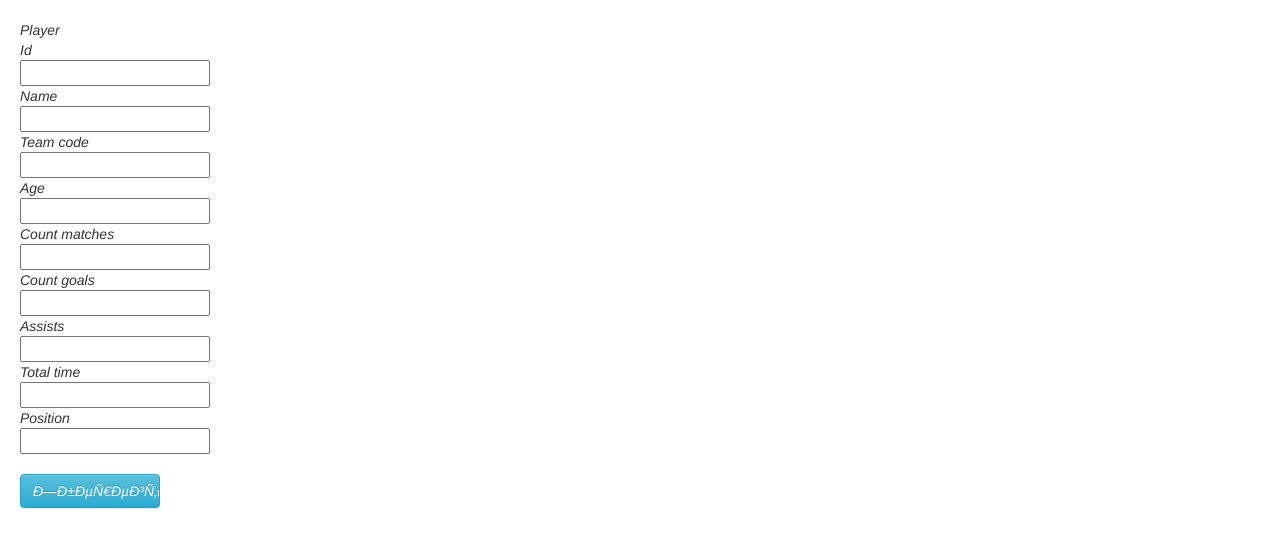
Repository: polik1996/StatisticManager
Page: http://localhost/StatisticsManager/inputPlayer.jsp
An editor plug-in stored every save of this project. The page is shown before and after the next save, followed by the edit.
The browser window is 1280 px wide. The pictures show the whole page.
The page is served by Tomcat 9.

Above is the page before, as saved 2016-06-17 08:23:26.
Console error (its wording comes from the project's code and is left out).

After the next save:
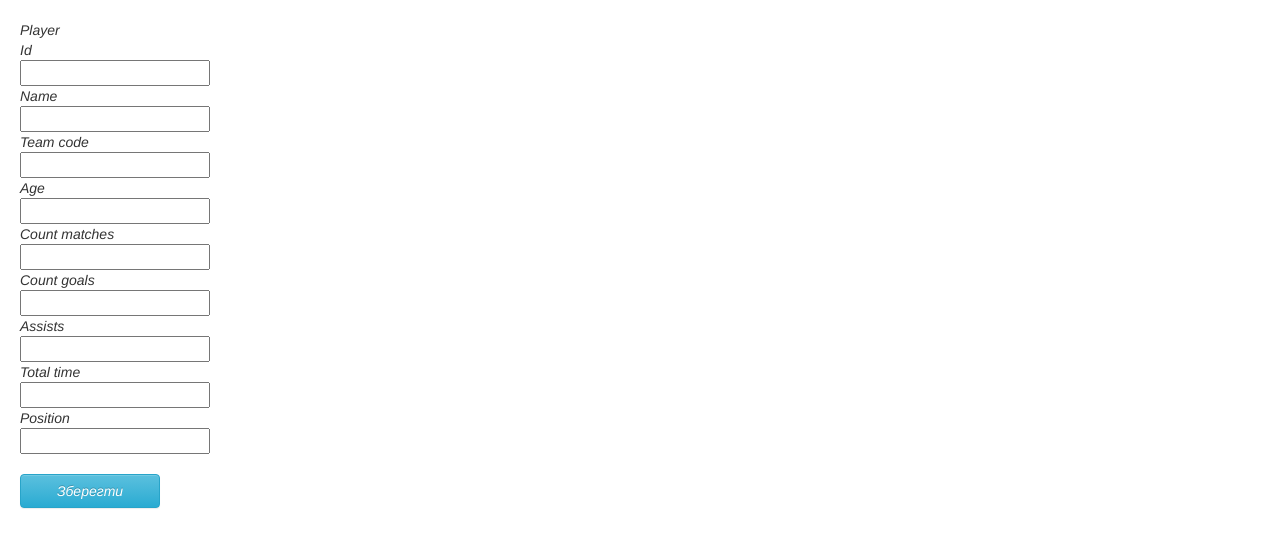
Saved 40 s later.
--- a/StatisticsManager/WebContent/inputPlayer.jsp
+++ b/StatisticsManager/WebContent/inputPlayer.jsp
@@ -1,3 +1,7 @@
+<%@page import="web_view.SelectTable"%>
+<%@page import="model.Team"%>
+<%@ page language="java" contentType="text/html; charset=UTF-8"
+	pageEncoding="UTF-8"%>
 <!DOCTYPE html>
 <html>
 <head>
